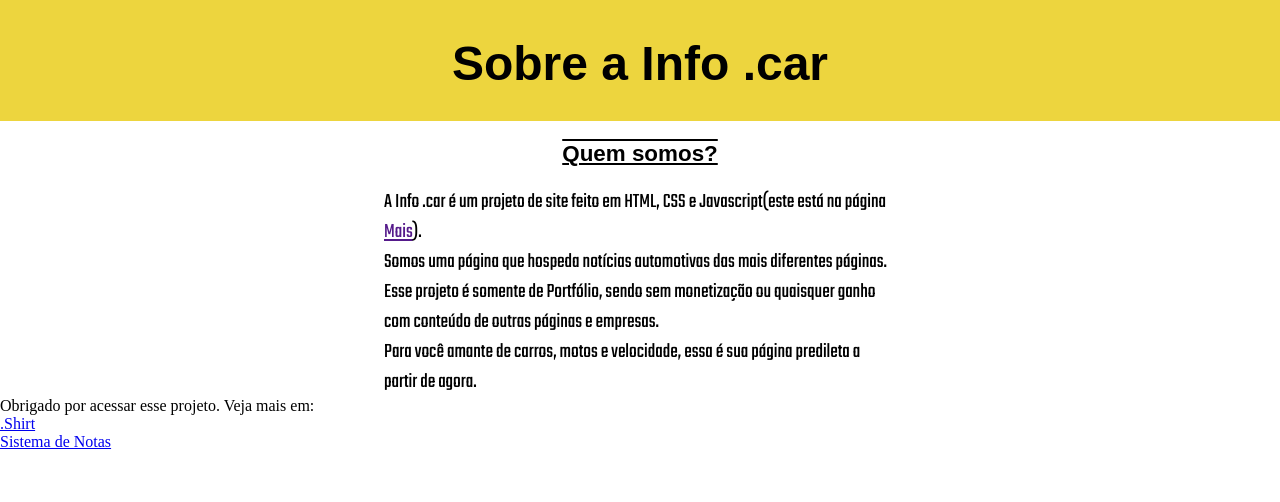
Repository: Leonngc/projeto-info.car
Page: sobre.html
An editor plug-in stored every save of this project. The page is shown before and after the next save, followed by the edit.
The browser window is 1280 px wide. The pictures show the whole page.
Some web fonts or font styles are not loaded; a fallback is used.

Above is the page before, as saved 2022-11-05 15:27:56.

After the next save:
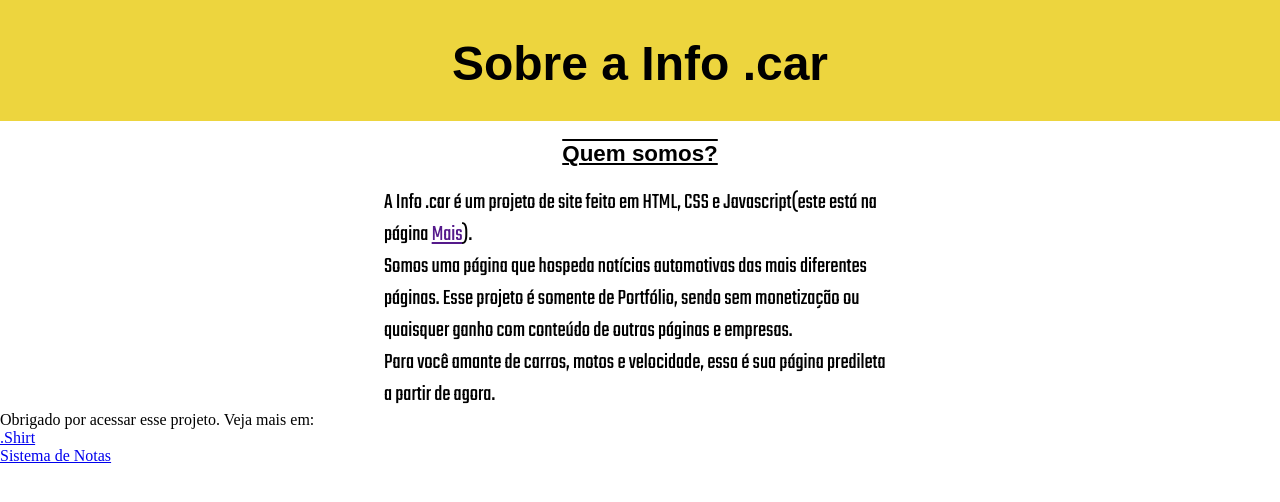
Saved 5 s later.
--- a/sobre.css
+++ b/sobre.css
@@ -35,7 +35,7 @@ article > h1{
 
 article > p{
    font-family: var(--font-text);
-   font-size: 1.3em;
+   font-size: 1.4em;
    margin-left: 30vw;
    margin-right: 30vw;
 }
